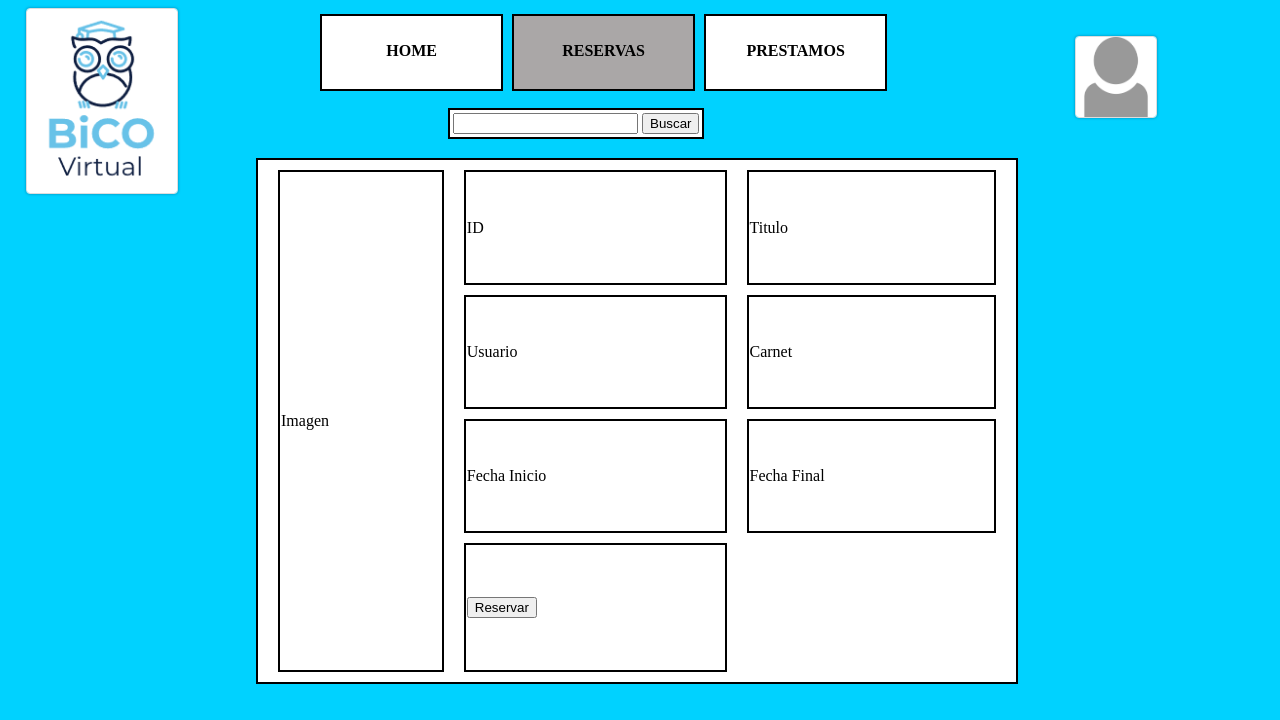
Repository: i72frpeu/IW_Bien
Page: http://localhost/Trabajo_IW/Vistas/Reserva.jsp
These files come from the project's save history. The page is drawn as it stood at one moment and after the next save; the edit follows.
The browser window is 1280 px wide. The pictures show the whole page.
The page is served by Tomcat 9. Other server files are loaded and not shown.

Above is the page before, as saved 2020-05-16 20:05:47.

### WorkSpace/Trabajo IW/WebContent/Vistas/Reserva.jsp
<%@ page language="java" contentType="text/html; charset=ISO-8859-1" pageEncoding="ISO-8859-1"%>
<%@ include file="../Includes/header.jsp" %>

<!DOCTYPE html>

<html>

<head>
	<meta charset="ISO-8859-1">
	<title>Reserva</title>
	<link rel="stylesheet" type="text/css" href="../CSS/header.css">
	<link rel="stylesheet" type="text/css" href="../CSS/wf5.0.css">
</head>

<body>
  <!--Roll de artículos-->

  <div class="buscador">
  	<form>
  		<table>
  		<tr>
  		<td><input type="text" name="buscar" required></td>
  		<td><input type="submit" value="Buscar"></td>
  		</tr>
  		</table>
  	</form>
  </div>

  <div class="div_home">
  		<table class = "tablalibro">
		<tr>
			<td class = "tdlibro" rowspan = 4> Imagen </td> <td class = "tdlibro"> ID </td> <td class = "tdlibro"> Titulo </td>
		</tr>
		<tr>
			<td class = "tdlibro" > Usuario </td> <td class = "tdlibro"> Carnet</td>
		</tr>
		<tr>
			<td class = "tdlibro"> Fecha Inicio </td> <td class = "tdlibro"> Fecha Final </td>
		</tr>
		<tr>
			<td class = "tdlibro"> <a href = "Formulario Reservas.jsp"><button>Reservar</button></a> </td>
		</tr>
	</table>
  </div>


</body>

</html>

### WorkSpace/Trabajo IW/WebContent/Includes/header.jsp
<!DOCTYPE html>
<html>

<head>
	<meta charset="ISO-8859-1">
</head>

<body>
  <header class="main-header">
    <!--Definimos el logo-->
    <img src="../img/logo.PNG" alt="LOGO" class="logo_home">
    <!--Enlace a HOME-->
	<a href="../Home (Libros).jsp" class="link_home"><strong>HOME</strong></a>
    <!--Enlace a AMIGOS-->
    <a href="" class="link_amigos"><strong>RESERVAS</strong></a>
    <!--Enlace a BUSCADOR-->
    <a href="" class="link_buscador"><strong>PRESTAMOS</strong></a>
    <!--Definimos imagen usuario-->
    <div>
      <img src="../img/profile-42914_960_720.png" alt="IMG_USER" class="img_user">
      <div class="options_user">
        <form>
        </form>
      </div>
    </div>
  </header>
 </body>
 </html>

### WorkSpace/Trabajo IW/WebContent/CSS/header.css
body
{
	background-color: rgb(0,210,255);
}


/*153x100 pixeles*/
.logo_home
{
	position: fixed;
	left: 2%;
	width: 150px;
	margin-right: 5%;
	border: 1px solid #ddd;
  	border-radius: 4px;
  	box-shadow: 0 0 2px 1px rgba(0, 140, 186, 0.5);
}

.img_user
{
	position: fixed;
	left: 82%;
	top: 5%;
	width: 80px;
	height: 80px;
	margin-left: 2%;
	border: 1px solid #ddd;
  	border-radius: 4px;
  	box-shadow: 0 0 2px 1px rgba(0, 140, 186, 0.5);
}
.options_user
{
	position: fixed;
	top: 18%;
	left: 84%;
}


.link_home
{
	background-color: white;
	border: 2px solid black;
	color: black;
	text-decoration: none;
	padding: 2%;
	left: 25%;
	top:2%;
	width: 10%;
	height: 3%;
	text-align: center;
	position: fixed;
}

.link_amigos
{
	background-color: white;
	border: 2px solid black;
	color: black;
	text-decoration: none;
	padding: 2%;
	left: 40%;
	top:2%;
	width: 10%;
	height: 3%;
	text-align: center;
	position: fixed;
}

.link_buscador
{
	background-color: white;
	border: 2px solid black;
	color: black;
	text-decoration: none;
	padding: 2%;
	left: 55%;
	top:2%;
	width: 10%;
	height: 3%;
	text-align: center;
	position: fixed;
}

.link_foro
{
	background-color: white;
	border: 2px solid black;
	color: black;
	text-decoration: none;
	padding: 2%;
	left: 65%;
	top:2%;
	width: 10%;
	height: 3%;
	text-align: center;
	position: fixed;
}

div.div_lista_amigos
{
	background-color: white;
	border: 2px solid black;
	position: fixed;
	left: 2%;
	top: 40%;
	width: 10%;
	height: 45%;
	padding: 2%;
	overflow: auto;
}

.boton_cir
{
	border-radius: 200px 200px 200px 200px;
	-moz-border-radius: 200px 200px 200px 200px;
	-webkit-border-radius: 200px 200px 200px 200px;
	left: 85%;
	top: 75%;
	width: 100px;
	height: 100px;
	font-size: 80px;
	position: fixed;
	border: 0;
	color: white;
	background-color: rgb(0, 46, 255);
	box-shadow: 0 4px 8px 0 rgba(0, 0, 0, 0.2), 0 6px 20px 0 rgba(0, 0, 0, 0.19);
 }

a.sobre
{
	position: fixed;
	left: 30%;
	top: 96%;
}

a.tecnico
{
	position: fixed;
	left: 60%;
	top: 96%;
}

.div_home
{
	background-color: white;
	border: 2px solid black;
	position: fixed;
	left: 20%;
	right: 20.5%;
	top:22%;
	bottom: 5%;
	color: black;
	overflow: auto;
}

.img_user_2
{
	top: 5px;
	left: 5px;
	height: 50px;
	width: 50px;
	border: 1px solid #ddd;
  	border-radius: 4px;
}
table.uno
{
	border: 2px solid black;
	border-spacing: 20px 10px;

	width: 100%;

}

table.dos
{
	border: 2px solid white;
	border-spacing: 10px;
	width: 100%;

}
.td_user_des
{
	border: 2px solid black;
	width: 100%;
}

.buscador
{
	position: relative;
	top: 2%;
	left: 15%;

}
.q_buscador
{
	width: 60%;
}

### WorkSpace/Trabajo IW/WebContent/CSS/wf5.0.css
.link_amigos
{
	background-color: rgb(170, 167, 167);
}

div.buscador
{
	background-color: white;
	border: 2px solid black;
	position: fixed;
	top: 15%;
	left: 35%;
}

table.tablalibro
{
	width: 100%;
	border: 2px;
	border-spacing: 20px 10px;
	height: 100%;
}

.tdlibro
{
	border: 2px solid black;
}

After the next save:
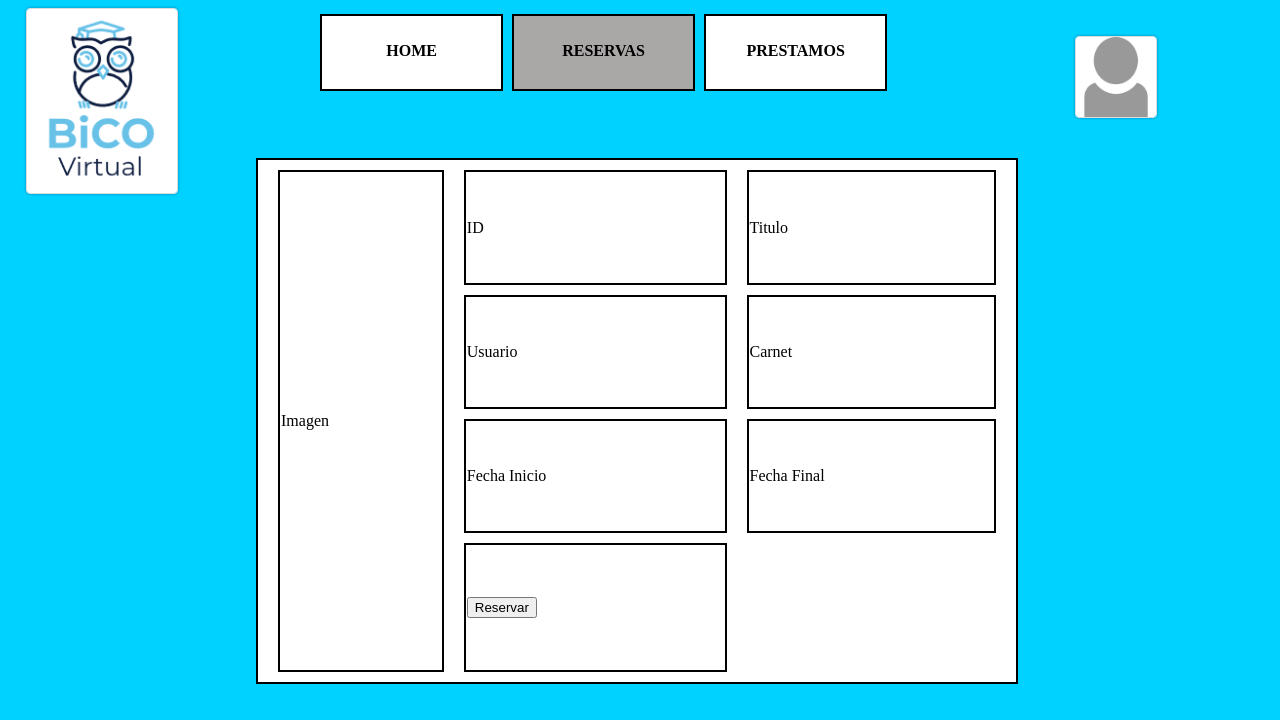
Saved 28 s later.
--- a/WorkSpace/Trabajo IW/WebContent/Vistas/Reserva.jsp
+++ b/WorkSpace/Trabajo IW/WebContent/Vistas/Reserva.jsp
@@ -14,17 +14,6 @@
 
 <body>
   <!--Roll de artículos-->
-
-  <div class="buscador">
-  	<form>
-  		<table>
-  		<tr>
-  		<td><input type="text" name="buscar" required></td>
-  		<td><input type="submit" value="Buscar"></td>
-  		</tr>
-  		</table>
-  	</form>
-  </div>
 
   <div class="div_home">
   		<table class = "tablalibro">
